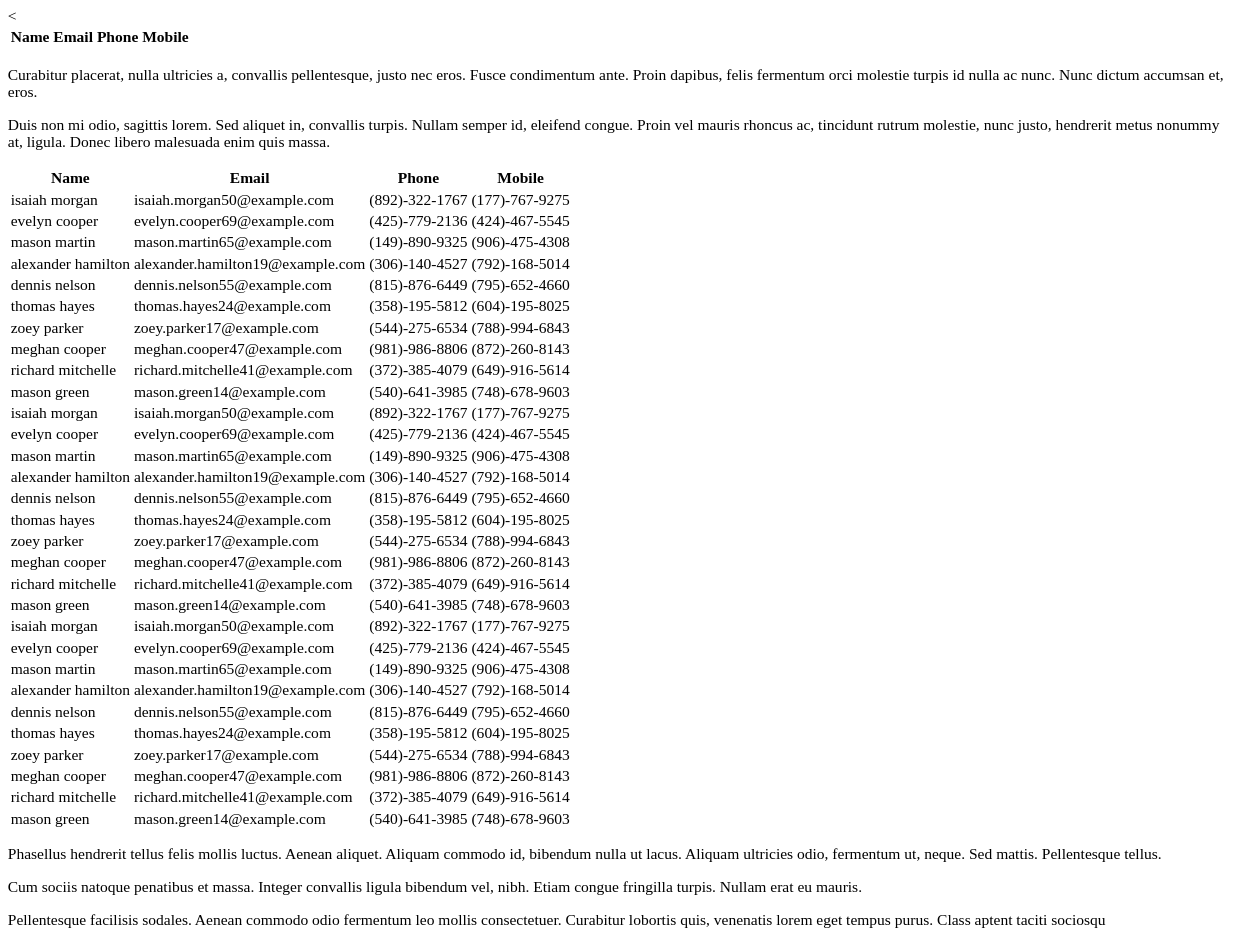
Repository: Apeksha14/AngularAppExample
Page: public/partials/search.html
An editor plug-in stored every save of this project. The page is shown before and after the next save, followed by the edit.
The browser window is 1280 px wide. The pictures show the whole page, at 97% of full size.

Above is the page before, as saved 2017-05-02 01:11:08.

### public/partials/search.html
		<div class="component" ng-controller="myCtrl">

				<table>
					<thead>
						<tr>
							<th>Name</th>
							<th>Email</th>
							<th>Phone</th>
							<th>Mobile</th>
						</tr>
					</thead>
					<tbody>
						<tr ng-repeat="item in data"><</tr>
					</tbody>
				</table>
				<p class="filler">Curabitur placerat, nulla ultricies a, convallis pellentesque, justo nec eros. Fusce condimentum ante. Proin dapibus, felis fermentum orci molestie turpis id nulla ac nunc. Nunc dictum accumsan et, eros.</p>
				<p class="filler">Duis non mi odio, sagittis lorem. Sed aliquet in, convallis turpis. Nullam semper id, eleifend congue. Proin vel mauris rhoncus ac, tincidunt rutrum molestie, nunc justo, hendrerit metus nonummy at, ligula. Donec libero malesuada enim quis massa.</p>
				<table>
					<thead>
						<tr>
							<th>Name</th>
							<th>Email</th>
							<th>Phone</th>
							<th>Mobile</th>
						</tr>
					</thead>
					<tbody>
						<tr><td class="user-name">isaiah morgan</td><td class="user-email">isaiah.morgan50@example.com</td><td class="user-phone">(892)-322-1767</td><td class="user-mobile">(177)-767-9275</td></tr>
						<tr><td class="user-name">evelyn cooper</td><td class="user-email">evelyn.cooper69@example.com</td><td class="user-phone">(425)-779-2136</td><td class="user-mobile">(424)-467-5545</td></tr>
						<tr><td class="user-name">mason martin</td><td class="user-email">mason.martin65@example.com</td><td class="user-phone">(149)-890-9325</td><td class="user-mobile">(906)-475-4308</td></tr>
						<tr><td class="user-name">alexander hamilton</td><td class="user-email">alexander.hamilton19@example.com</td><td class="user-phone">(306)-140-4527</td><td class="user-mobile">(792)-168-5014</td></tr>
						<tr><td class="user-name">dennis nelson</td><td class="user-email">dennis.nelson55@example.com</td><td class="user-phone">(815)-876-6449</td><td class="user-mobile">(795)-652-4660</td></tr>
						<tr><td class="user-name">thomas hayes</td><td class="user-email">thomas.hayes24@example.com</td><td class="user-phone">(358)-195-5812</td><td class="user-mobile">(604)-195-8025</td></tr>
						<tr><td class="user-name">zoey parker</td><td class="user-email">zoey.parker17@example.com</td><td class="user-phone">(544)-275-6534</td><td class="user-mobile">(788)-994-6843</td></tr>
						<tr><td class="user-name">meghan cooper</td><td class="user-email">meghan.cooper47@example.com</td><td class="user-phone">(981)-986-8806</td><td class="user-mobile">(872)-260-8143</td></tr>
						<tr><td class="user-name">richard mitchelle</td><td class="user-email">richard.mitchelle41@example.com</td><td class="user-phone">(372)-385-4079</td><td class="user-mobile">(649)-916-5614</td></tr>
						<tr><td class="user-name">mason green</td><td class="user-email">mason.green14@example.com</td><td class="user-phone">(540)-641-3985</td><td class="user-mobile">(748)-678-9603</td></tr>
						<tr><td class="user-name">isaiah morgan</td><td class="user-email">isaiah.morgan50@example.com</td><td class="user-phone">(892)-322-1767</td><td class="user-mobile">(177)-767-9275</td></tr>
						<tr><td class="user-name">evelyn cooper</td><td class="user-email">evelyn.cooper69@example.com</td><td class="user-phone">(425)-779-2136</td><td class="user-mobile">(424)-467-5545</td></tr>
						<tr><td class="user-name">mason martin</td><td class="user-email">mason.martin65@example.com</td><td class="user-phone">(149)-890-9325</td><td class="user-mobile">(906)-475-4308</td></tr>
						<tr><td class="user-name">alexander hamilton</td><td class="user-email">alexander.hamilton19@example.com</td><td class="user-phone">(306)-140-4527</td><td class="user-mobile">(792)-168-5014</td></tr>
						<tr><td class="user-name">dennis nelson</td><td class="user-email">dennis.nelson55@example.com</td><td class="user-phone">(815)-876-6449</td><td class="user-mobile">(795)-652-4660</td></tr>
						<tr><td class="user-name">thomas hayes</td><td class="user-email">thomas.hayes24@example.com</td><td class="user-phone">(358)-195-5812</td><td class="user-mobile">(604)-195-8025</td></tr>
						<tr><td class="user-name">zoey parker</td><td class="user-email">zoey.parker17@example.com</td><td class="user-phone">(544)-275-6534</td><td class="user-mobile">(788)-994-6843</td></tr>
						<tr><td class="user-name">meghan cooper</td><td class="user-email">meghan.cooper47@example.com</td><td class="user-phone">(981)-986-8806</td><td class="user-mobile">(872)-260-8143</td></tr>
						<tr><td class="user-name">richard mitchelle</td><td class="user-email">richard.mitchelle41@example.com</td><td class="user-phone">(372)-385-4079</td><td class="user-mobile">(649)-916-5614</td></tr>
						<tr><td class="user-name">mason green</td><td class="user-email">mason.green14@example.com</td><td class="user-phone">(540)-641-3985</td><td class="user-mobile">(748)-678-9603</td></tr>
						<tr><td class="user-name">isaiah morgan</td><td class="user-email">isaiah.morgan50@example.com</td><td class="user-phone">(892)-322-1767</td><td class="user-mobile">(177)-767-9275</td></tr>
						<tr><td class="user-name">evelyn cooper</td><td class="user-email">evelyn.cooper69@example.com</td><td class="user-phone">(425)-779-2136</td><td class="user-mobile">(424)-467-5545</td></tr>
						<tr><td class="user-name">mason martin</td><td class="user-email">mason.martin65@example.com</td><td class="user-phone">(149)-890-9325</td><td class="user-mobile">(906)-475-4308</td></tr>
						<tr><td class="user-name">alexander hamilton</td><td class="user-email">alexander.hamilton19@example.com</td><td class="user-phone">(306)-140-4527</td><td class="user-mobile">(792)-168-5014</td></tr>
						<tr><td class="user-name">dennis nelson</td><td class="user-email">dennis.nelson55@example.com</td><td class="user-phone">(815)-876-6449</td><td class="user-mobile">(795)-652-4660</td></tr>
						<tr><td class="user-name">thomas hayes</td><td class="user-email">thomas.hayes24@example.com</td><td class="user-phone">(358)-195-5812</td><td class="user-mobile">(604)-195-8025</td></tr>
						<tr><td class="user-name">zoey parker</td><td class="user-email">zoey.parker17@example.com</td><td class="user-phone">(544)-275-6534</td><td class="user-mobile">(788)-994-6843</td></tr>
						<tr><td class="user-name">meghan cooper</td><td class="user-email">meghan.cooper47@example.com</td><td class="user-phone">(981)-986-8806</td><td class="user-mobile">(872)-260-8143</td></tr>
						<tr><td class="user-name">richard mitchelle</td><td class="user-email">richard.mitchelle41@example.com</td><td class="user-phone">(372)-385-4079</td><td class="user-mobile">(649)-916-5614</td></tr>
						<tr><td class="user-name">mason green</td><td class="user-email">mason.green14@example.com</td><td class="user-phone">(540)-641-3985</td><td class="user-mobile">(748)-678-9603</td></tr>
					</tbody>
				</table>
				<p class="filler">Phasellus hendrerit tellus felis mollis luctus. Aenean aliquet. Aliquam commodo id, bibendum nulla ut lacus. Aliquam ultricies odio, fermentum ut, neque. Sed mattis. Pellentesque tellus.</p>
				<p class="filler">Cum sociis natoque penatibus et massa. Integer convallis ligula bibendum vel, nibh. Etiam congue fringilla turpis. Nullam erat eu mauris.</p>
				<p class="filler">Pellentesque facilisis sodales. Aenean commodo odio fermentum leo mollis consectetuer. Curabitur lobortis quis, venenatis lorem eget tempus purus. Class aptent taciti sociosqu</p>
			</div>

After the next save:
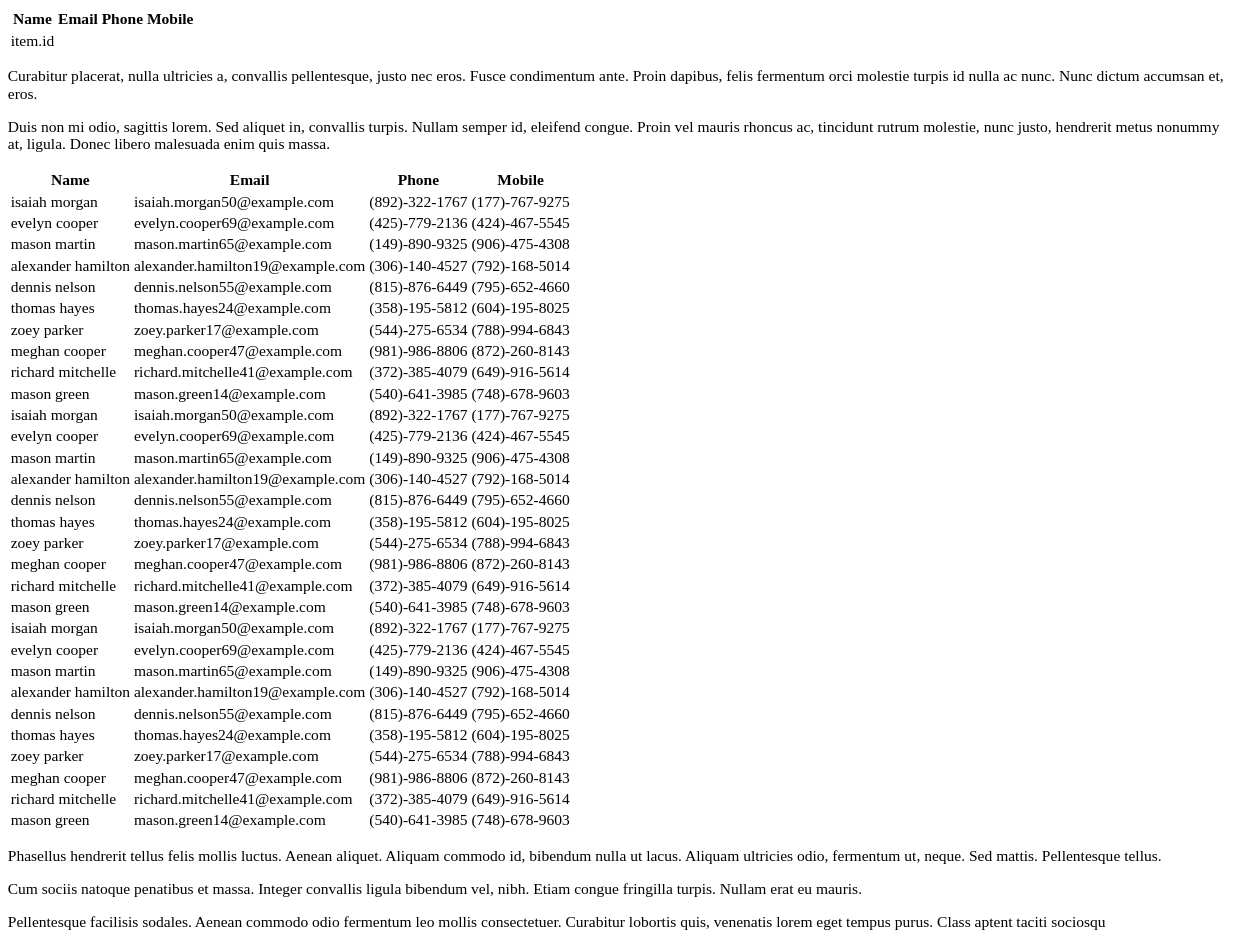
Saved 71 s later.
--- a/public/partials/search.html
+++ b/public/partials/search.html
@@ -10,7 +10,7 @@
 						</tr>
 					</thead>
 					<tbody>
-						<tr ng-repeat="item in data"><</tr>
+						<tr ng-repeat="item in data"><td>item.id</td></tr>
 					</tbody>
 				</table>
 				<p class="filler">Curabitur placerat, nulla ultricies a, convallis pellentesque, justo nec eros. Fusce condimentum ante. Proin dapibus, felis fermentum orci molestie turpis id nulla ac nunc. Nunc dictum accumsan et, eros.</p>
